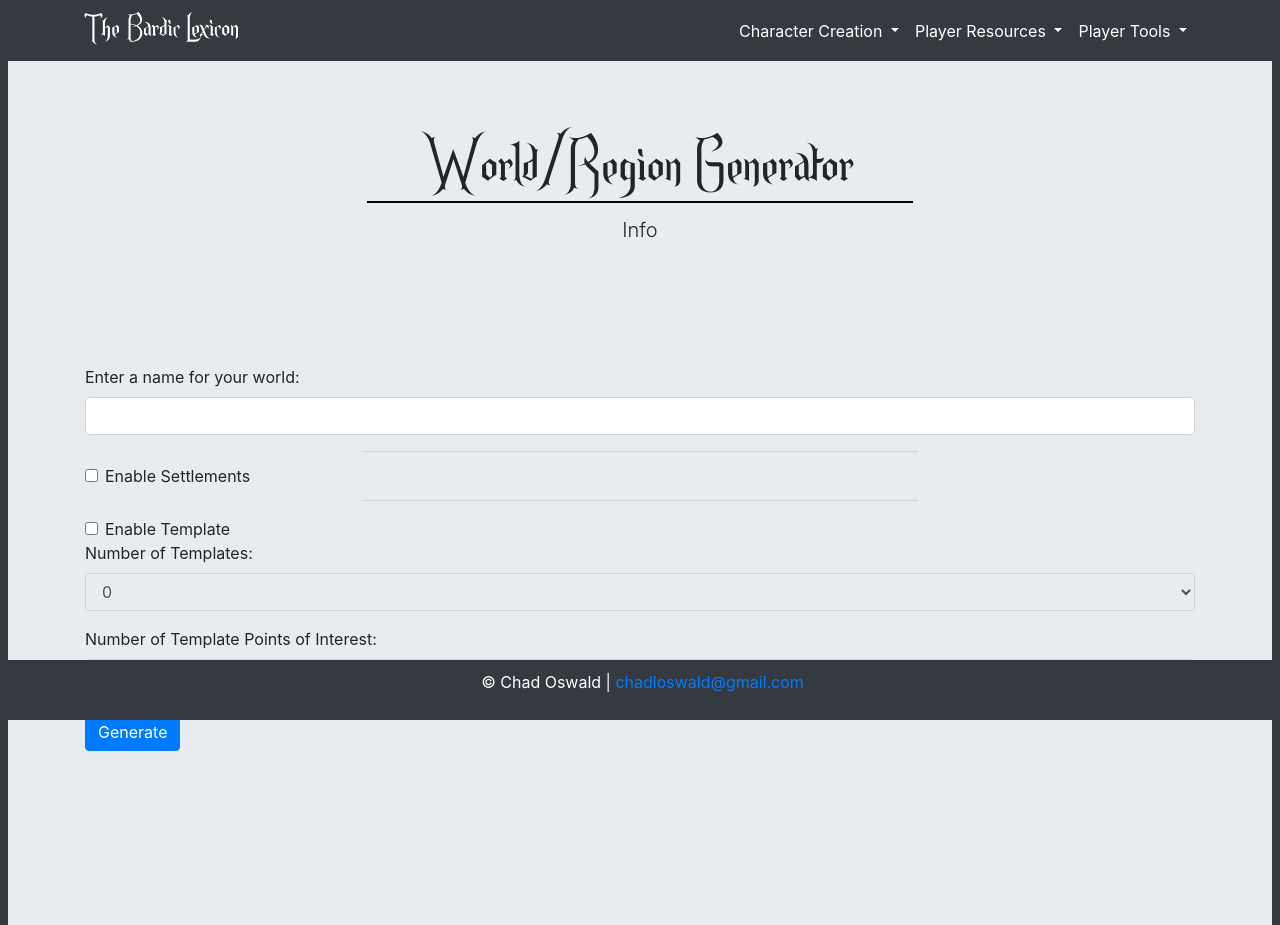
Repository: ChaidGPT/TheBardicLexicon
Page: playerTools/worldGenerator.html
The author's editor kept a copy of each file at every save. The page is drawn from the files as they stood at one save, then again after the next save.
The browser window is 1280 px wide. The pictures show the whole page.

Above is the page before, as saved 2024-02-05 09:06:03.

### playerTools/worldGenerator.html
<!DOCTYPE html>
<html lang="en">
  <head>
    <meta charset="utf-8" />
    <meta name="viewport" content="width=device-width, initial-scale=1" />
    <title>World Generator</title>
    <link
      rel="stylesheet"
      href="https://cdn.jsdelivr.net/npm/bootstrap@4.3.1/dist/css/bootstrap.min.css"
      integrity="sha384-ggOyR0iXCbMQv3Xipma34MD+dH/1fQ784/j6cY/iJTQUOhcWr7x9JvoRxT2MZw1T"
      crossorigin="anonymous"
    />
    <link rel="stylesheet" href="../style.css" />
  </head>

  <body>
    <header class="header-top">
      <nav class="navbar navbar-expand-lg fixed-top">
        <div class="container">
          <a class="navbar-brand navMonsterName" href="../index.html"
            >The Bardic Lexicon</a
          >
          <button
            class="navbar-toggler navbar-dark"
            type="button"
            data-toggle="collapse"
            data-target="#navbarNavDropdown"
            aria-controls="navbarNavDropdown"
            aria-expanded="false"
            aria-label="Toggle navigation"
          >
            <span class="navbar-toggler-icon"></span>
          </button>
          <div class="collapse navbar-collapse" id="navbarNavDropdown">
            <ul class="navbar-nav ml-auto nav justify-content-end">
              <li class="nav-item dropdown">
                <a
                  class="nav-link dropdown-toggle"
                  href="#"
                  id="navbarCharacter"
                  role="button"
                  data-toggle="dropdown"
                  aria-haspopup="true"
                  aria-expanded="false"
                >
                  Character Creation
                </a>
                <div class="dropdown-menu" aria-labelledby="navbarCharacter">
                  <a class="dropdown-item" href="../playerResources/races.html"
                    >Races</a
                  >
                  <a
                    class="dropdown-item"
                    href="../playerResources/classes.html"
                    >Classes</a
                  >
                  <a
                    class="dropdown-item"
                    href="../playerResources/personality.html"
                    >Personality & Inspiration</a
                  >
                  <a
                    class="dropdown-item"
                    href="../playerResources/background.html"
                    >Character Backgrounds</a
                  >
                </div>
              </li>
              <li class="nav-item dropdown">
                <a
                  class="nav-link dropdown-toggle"
                  href="#"
                  id="navbarResources"
                  role="button"
                  data-toggle="dropdown"
                  aria-haspopup="true"
                  aria-expanded="false"
                >
                  Player Resources
                </a>
                <div class="dropdown-menu" aria-labelledby="navbarResources">
                  <h6 class="dropdown-header">Items</h6>
                  <a class="dropdown-item" href="../playerResources/gear.html"
                    >Adventuring Gear</a
                  >
                  <a
                    class="dropdown-item"
                    href="../playerResources/equipment.html"
                    >Equipment</a
                  >
                  <div class="dropdown-divider"></div>
                  <h6 class="dropdown-header">Magic</h6>
                  <a class="dropdown-item" href="../playerResources/spells.html"
                    >Spells</a
                  >
                  <div class="dropdown-divider"></div>
                  <h6 class="dropdown-header">Inhabitants of the Realms</h6>
                  <a
                    class="dropdown-item"
                    href="../playerResources/bestiary.html"
                    >Bestiary</a
                  >
                  <a class="dropdown-item" href="../playerResources/gods.html"
                    >Gods & Deities</a
                  >
                </div>
              </li>
              <li class="nav-item dropdown">
                <a
                  class="nav-link dropdown-toggle"
                  href="#"
                  id="navbarDropdown"
                  role="button"
                  data-toggle="dropdown"
                  aria-haspopup="true"
                  aria-expanded="false"
                >
                  Player Tools
                </a>
                <div class="dropdown-menu" aria-labelledby="navbarDropdown">
                  <a class="dropdown-item" href="../playerTools/charSheet.html"
                    >Character Sheet</a
                  >
                  <a class="dropdown-item" href="../playerTools/dice.html"
                    >Dice Roll Generator</a
                  >
                  <div class="dropdown-divider"></div>
                  <a class="dropdown-item" href="#">More</a>
                </div>
              </li>
            </ul>
          </div>
        </div>
      </nav>
    </header>

    <div class="container" id="monsterPage">
      <div class="container-fluid px-4 py-5 my-5 text-center">
        <h1 class="display-5 fw-bold contentsPageName">
          World/Region Generator
        </h1>
        <div>
          <div class="horizontal-line"></div>
          <p class="lead mb-4">Info</p>
        </div>
      </div>

      <div class="container mt-5 text-left">

        <!-- Start World Generator Form -->

        <form id="worldForm" class="mb-4">

          <!-- Start World Name Field -->
          <div class="form-group">
            <label for="worldName">Enter a name for your world:</label>
            <input type="text" class="form-control" id="worldName" autocomplete="off" required />
          </div>
          <!-- End World Name Field -->

          <div class="light-horizontal-line"></div>

<!-- Start Settlement Options -->
<div class="form-group">
  <div class="form-check">
    <input
      class="form-check-input"
      type="checkbox"
      id="enableSettlements"
      data-toggle="collapse"
      data-target="#settlementOptions"
    />
    <label class="form-check-label" for="enableSettlements"
      >Enable Settlements</label
    >
  </div>

  <!-- Add the 'collapse' class to the following div -->
  <div id="settlementOptions" class="collapse">

    <!-- Wrap both settlement options in a common container -->
    <div class="settlement-options-container">

      <!-- Number of Settlements -->
      <div>
        <label for="settlements">Number of Settlements:</label>
        <select class="form-control" id="settlements" disabled>
          <option value="0">0</option>
          <option value="1">1</option>
          <option value="2">2</option>
          <option value="3">3</option>
          <option value="4">4</option>
          <option value="5">5</option>
          <!-- Add more options as needed -->
        </select>
      </div>

      <!-- Number of Settlement Points of Interest -->
      <div>
        <label for="settlementPOI"
          >Number of Settlement Points of Interest:</label
        >
        <select class="form-control" id="settlementPOI" disabled>
          <option value="0">0</option>
          <option value="1">1</option>
          <option value="2">2</option>
          <option value="3">3</option>
          <option value="4">4</option>
          <option value="5">5</option>
          <!-- Add more options as needed -->
        </select>
      </div>

    </div>
  </div>
  <div class="light-horizontal-line"></div>
</div>
<!-- End Settlement Options -->




          <!-- Start Template Options -->
          <div class="form-group">
            <div class="form-check">
              <input
                class="form-check-input"
                type="checkbox"
                id="enableTemplate"
              />
              <label class="form-check-label" for="enableTemplate"
                >Enable Template</label
              >
            </div>
            <label for="template">Number of Templates:</label>
            <select class="form-control" id="template" disabled>
              <option value="0">0</option>
              <option value="1">1</option>
              <option value="2">2</option>
              <option value="3">3</option>
              <option value="4">4</option>
              <option value="5">5</option>
              <!-- Add more options as needed -->
            </select>
          </div>

          <div class="form-group">
            <label for="templatePOI"
              >Number of Template Points of Interest:</label
            >
            <select class="form-control" id="templatePOI" disabled>
              <option value="0">0</option>
              <option value="1">1</option>
              <option value="2">2</option>
              <option value="3">3</option>
              <option value="4">4</option>
              <option value="5">5</option>
              <!-- Add more options as needed -->
            </select>
          </div>
          <!-- End Template Options -->

          <!-- Submit Button -->
          <button type="submit" class="btn btn-primary">Generate</button>
        </form>

        <!-- End World Generator Form -->

        <div id="generatedContent"></div>

        <div class="text-center mt-3">
          <button type="button" class="btn btn-secondary" id="printButton">
            Print
          </button>
        </div>
      </div>
    </div>

    <footer class="page-footer font-small blue fixed-bottom">
      <p>
        &copy; Chad Oswald |
        <a href="mailto:chadloswald@gmail.com">chadloswald@gmail.com</a>
      </p>
    </footer>

    <script
      src="https://code.jquery.com/jquery-3.3.1.slim.min.js"
      integrity="sha384-q8i/X+965DzO0rT7abK41JStQIAqVgRVzpbzo5smXKp4YfRvH+8abtTE1Pi6jizo"
      crossorigin="anonymous"
    ></script>
    <script
      src="https://cdn.jsdelivr.net/npm/popper.js@1.14.7/dist/umd/popper.min.js"
      integrity="sha384-UO2eT0CpHqdSJQ6hJty5KVphtPhzWj9WO1clHTMGa3JDZwrnQq4sF86dIHNDz0W1"
      crossorigin="anonymous"
    ></script>
    <script
      src="https://cdn.jsdelivr.net/npm/bootstrap@4.3.1/dist/js/bootstrap.min.js"
      integrity="sha384-JjSmVgyd0p3pXB1rRibZUAYoIIy6OrQ6VrjIEaFf/nJGzIxFDsf4x0xIM+B07jRM"
      crossorigin="anonymous"
    ></script>
    <script src="worldGenerator.js"></script>
  </body>
</html>

### style.css
@font-face {
  font-family: 'endor';
  src: url('endor.ttf') format('truetype');
}

html {
  border-left: 8px solid #343a40;
  border-right: 8px solid #343a40;
  min-height: 100%;
}

.header-top {
  position: relative;
  z-index: 10;
}

/* CSS for header */
.navbar {
  background-color: #343a40;
  color: #fff;
}

.navbar .navbar-brand {
  color: #fff;
}

.navbar .navbar-brand:hover {
  color: lightgrey;
}

.navbar .nav-link {
  color: #fff;
}

.navbar .nav-link:hover {
  color: lightgrey;
}

nav .navbar-toggler-icon {
  color: #fff;
}

body {
  background-color: #e9ecef;
  padding: 25px 0 0 0;
}

.beast-thumbnail {
  width: auto;
  max-height: 150px;
}

.bestiary-figure {
  border: 2px transparent solid;
  background-color: #fff;
}

.bestiary-figure:hover {
  border: 2px black solid;
}

/* CSS for footer */
footer {
  background-color: #343a40;
  color: #fff;
  padding: 10px;
  margin: 30px 0 0 0;
  display: flex;
  justify-content: center;
  align-items: center;
  border-left: 5px solid #343a40;
}

.goBackBtn {
  position: absolute;
  top: 65px;
  left: 13px;

  padding: .25rem .4rem;
  font-size: .875rem;
  line-height: .5;
  border-radius: .2rem;
}

.jumbotron {
  text-align: center;
  margin-bottom: 100px;
  min-height: 500px;

  h1, p {
    text-align: left;
  }
}

/* .card {
  padding: 20px;
  border: 2px lightgray solid;
  border-radius: 5%;
  max-width: 85%;
  margin: 30px auto;
} */

#monsterPage {
  padding: 20px 0px 150px 0px;
  min-height: 100vh;
  justify-content: center;
  align-items: center;
  text-align: center;
}

.monsterName {
  font-family: 'endor';
  padding-top: 20px;
  padding-bottom: 10px;
  text-align: center;
}

.navMonsterName {
  font-family: 'endor';
  /* padding-top: 20px; */
  padding-bottom: 10px;
}

.contentsPageName {
  font-family: 'endor';
}

a.list-group-flush.border-0 {
  padding-left: 20px;
}

.monsterImageContainer {
  display: flex;
  justify-content: center;
  margin: 0 0 10px 0;
}

.monsterImageContainer img {
  border: 2px black solid;
  border-radius: 5%;
  background-color: #D0C6B1;
  max-width: 300px;
  transition: transform 0.3s ease;
}

#collapseStats {
  border: 2px lightgray solid;
  border-radius: 5%;
  margin: 30px auto;
  padding: 5px 15px;
  background-color: white;
  max-width: 500px;
}

#collapseStats p {
  text-align: left;
}

#collapseStats2 {
  border: 2px lightgray solid;
  margin: 30px auto;
  padding: 5px 15px;
  background-color: white;
  max-width: 500px;
}

#collapseStats2 p {
  text-align: left;
}

#collapseLore {
  border: 2px lightgray solid;
  margin: 30px auto;
  padding: 5px 15px;
  background-color: white;
  max-width: 500px;
}

#collapseLore p {
  text-align: left;
}

li {
  text-align: left;
}

.tableContainer {
  display: flex;
  justify-content: center;
  border-radius: 10px;
}

table {
  border-collapse: collapse;
  width: 300px;
}

.tg {
  border-collapse: collapse;
  border-spacing: 0;
}

.tg td {
  border-color: black;
  border-style: solid;
  border-width: 1px;
  font-family: Arial, sans-serif;
  font-size: 14px;
  overflow: hidden;
  padding: 10px 5px;
  word-break: normal;
}

.tg th {
  border-color: black;
  border-style: solid;
  border-width: 1px;
  font-family: Arial, sans-serif;
  font-size: 14px;
  font-weight: normal;
  overflow: hidden;
  padding: 10px 5px;
  word-break: normal;
}

.tg .tg-uqo3 {
  background-color: #efefef;
  text-align: center;
  vertical-align: top
}

.tg .tg-yj5y {
  background-color: #efefef;
  border-color: inherit;
  text-align: center;
  vertical-align: top
}

.tg .tg-34fe {
  background-color: #c0c0c0;
  border-color: inherit;
  text-align: center;
  vertical-align: top
}


.tg  {border-collapse:collapse;border-spacing:0;}
.tg td{border-color:black;border-style:solid;border-width:1px;font-family:Arial, sans-serif;font-size:14px;
  overflow:hidden;padding:10px 5px;word-break:normal;}
.tg th{border-color:black;border-style:solid;border-width:1px;font-family:Arial, sans-serif;font-size:14px;
  font-weight:normal;overflow:hidden;padding:10px 5px;word-break:normal;}
.tg .tg-f5e1{background-color:#efefef;border-color:#000000;color:#c0c0c0;text-align:center;vertical-align:top}
.tg .tg-yj5y{background-color:#efefef;border-color:inherit;text-align:center;vertical-align:top}
.tg .tg-34fe{background-color:#c0c0c0;border-color:inherit;text-align:center;vertical-align:top}
.tg .tg-kftd{background-color:#efefef;text-align:left;vertical-align:top}



.bold-text {
  font-weight: bold;
}

.underline-text {
  text-decoration: underline;
}

.horizontal-line {
  border-top: 2px solid black;
  width: 50%;
  margin: 12px auto;
  display: flex;
  justify-content: center;
  align-items: center;

  @media screen and (max-width: 786) {
    width: 80%;
    margin: 10px auto;
  }

  @media screen and (max-width: 480px) {
    width: 80%;
    margin: 10px auto;
  }
}

.light-horizontal-line {
  border-top: 1px solid lightgray;
  width: 50%;
  margin: 12px auto;
  display: flex;
  justify-content: center;
  align-items: center;

  @media screen and (max-width: 786) {
    width: 80%;
    margin: 10px auto;
  }

  @media screen and (max-width: 480px) {
    width: 80%;
    margin: 10px auto;
  }
}

/* Monster Page Specific */

.monsterBtn {
  margin: 5px;
  font-family: 'spindles';
}

.critical-failure {
  color: red;
  font-weight: bold;
}

.critical-success {
  color: green;
  font-weight: bold;
}

.attributeForm {
  max-width: 50px;
}

#characterPage {
  padding: 50px 15px 150px 15px;
  min-height: 100vh;
  justify-content: center;
  align-items: center;
}

/* Character Sheet Specific */

.attributes {
  border: 2px solid black;
  padding: 5px;
  max-width: auto;
}

/* Dice page stuff */

.diceBtn {
  margin: 5px;
}

.diceP {
  margin: 0;
}

.diceForm {
  padding-top: 17px;
}

.menuBox {
  background-color: white;
  margin-bottom: 50px;
}

.personalityAccordian {
  margin-bottom: 150px;
}

.godSymbol {
  max-width: 150px;
  margin: 15px;
}


#printButton {
  display: none;
}

Loaded but not shown: playerTools/worldGenerator.js (509 lines, source omitted)

After the next save:
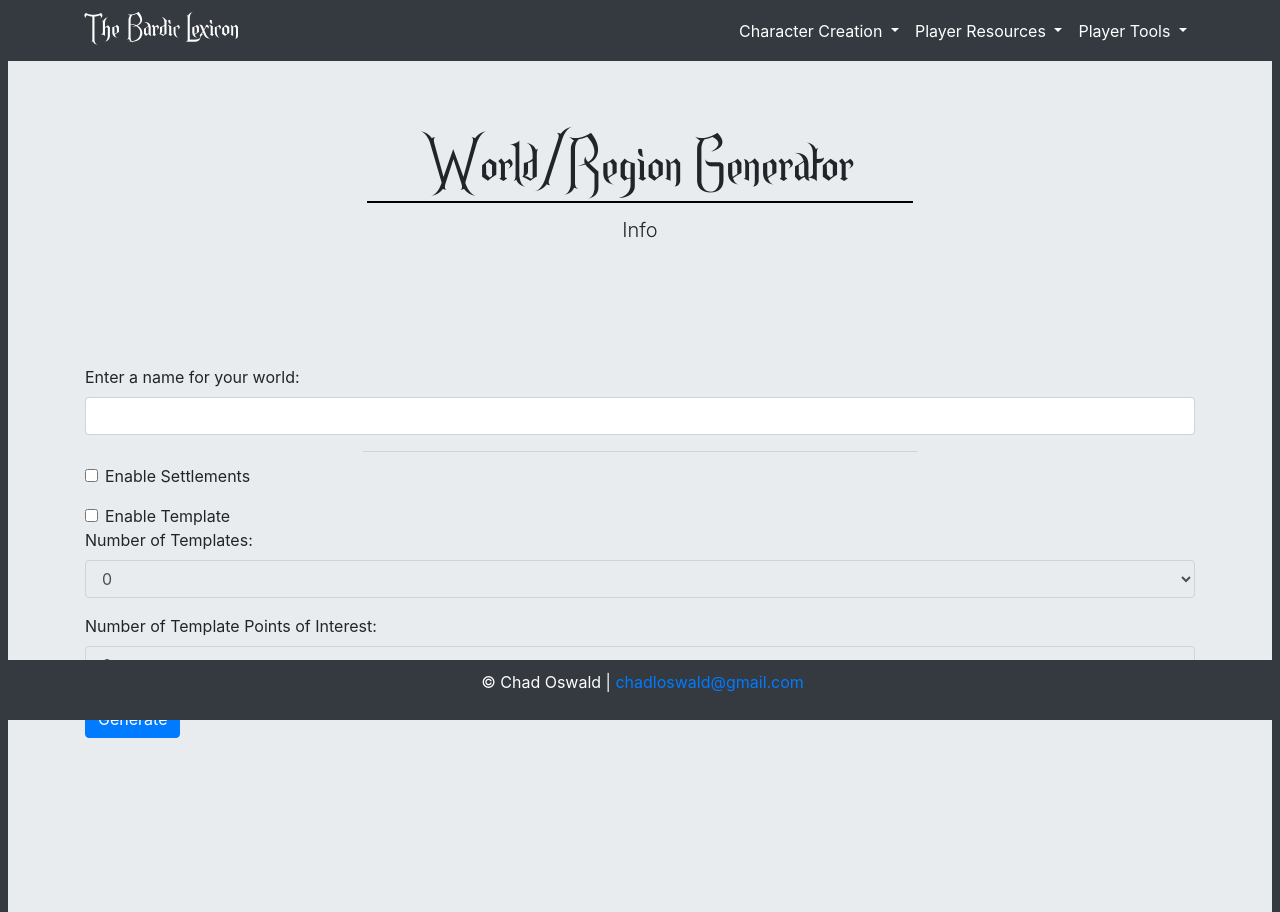
Saved 18 s later.
--- a/playerTools/worldGenerator.html
+++ b/playerTools/worldGenerator.html
@@ -212,8 +212,9 @@
       </div>
 
     </div>
+    <div class="light-horizontal-line"></div>
   </div>
-  <div class="light-horizontal-line"></div>
+
 </div>
 <!-- End Settlement Options -->
 
